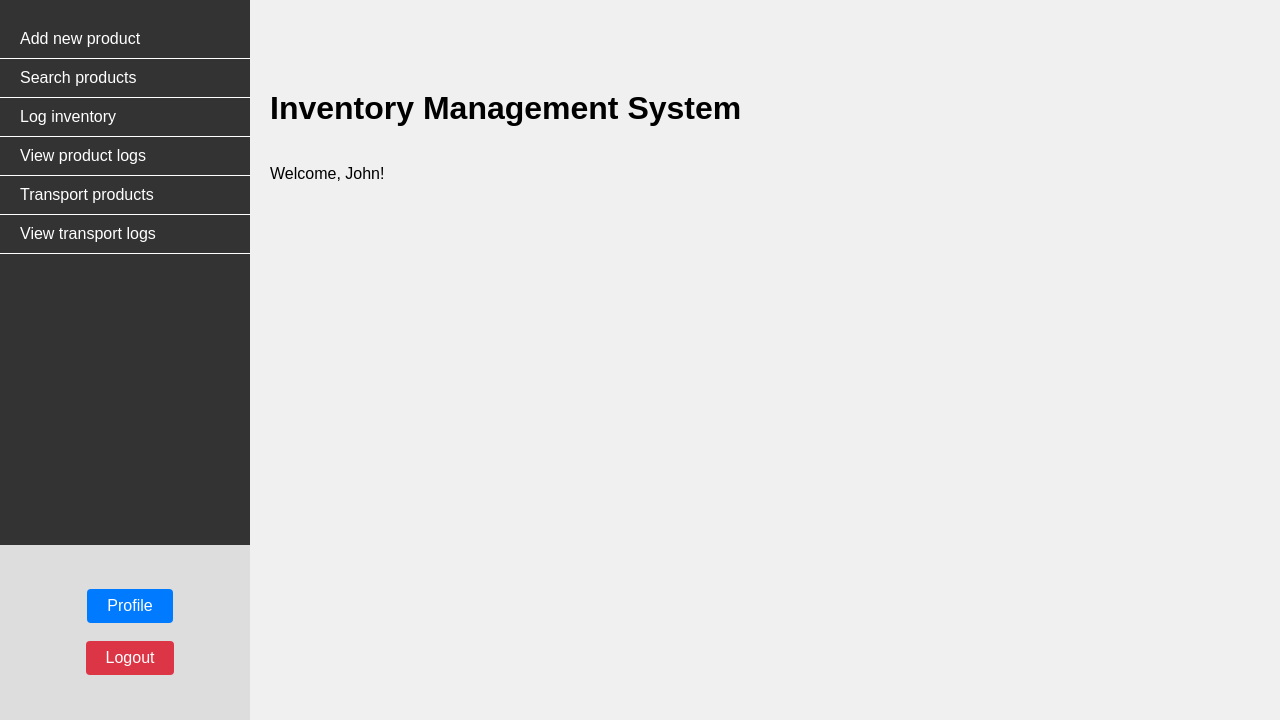
Repository: Warspinix/Flask-Web-Applications
Page: http://localhost/dashboard
These files come from the project's save history. The page is drawn as it stood at one moment and after the next save; the edit follows.
The browser window is 1280 px wide. The pictures show the whole page.
The page is served by the project's application, run on Flask 3 (app.py). The session is filled in as if someone had signed in: {"user_id": 1, "first_name": "John"}.

Above is the page before, as saved 2024-06-13 22:42:40.

### templates/dashboard.html
<!-- dashboard.html -->

<!DOCTYPE html>
<html>

<head>
    <title>Inventory Management System</title>
    <link rel="stylesheet" type="text/css" href="{{ url_for('static', filename='style.css') }}">
</head>

<body>
    <div class="container">
        <!-- Navigation Bar -->
        <nav class="navbar" id="navbar">
            <div class="navbar-container">
                <!-- Functionality list -->
                <ul class="navbar-menu" id="menu">
                    <li><a href="{{ url_for('add_product') }}">Add new product</a></li>
                    <li><a href="{{ url_for('search_products') }}">Search products</a></li>
                    <li><a href="{{ url_for('log_inventory') }}">Log inventory</a></li>
                    <li><a href="{{ url_for('view_product_logs') }}">View product logs</a></li>
                    <li><a href="{{ url_for('transport_products') }}">Transport products</a></li>
                    <li><a href="{{ url_for('view_transport_logs') }}">View transport logs</a></li>
                </ul>

                <div class="profile-logout">
                    <a href="{{ url_for('profile') }}" class="btn btn-primary">Profile</a><br>
                    <a href="{{ url_for('logout') }}" class="btn btn-danger">Logout</a>
                </div>
            </div>
        </nav>
        <div class="content">
            <h1>Inventory Management System</h1>

            <!-- Welcome message -->
            <p>Welcome, {{ first_name }}!</p>
        </div>
    </div>
</body>

</html>

### app.py
from flask import Flask, render_template, redirect, url_for, flash, session
import flask_mysqldb
from flask_wtf import FlaskForm
from wtforms import StringField, PasswordField, SubmitField, IntegerField, SelectField
from wtforms.validators import DataRequired, NumberRange, Optional
import os
import datetime
from flask_bcrypt import Bcrypt

secret_key = os.urandom(24).hex()

app = Flask(__name__)
app.config["SECRET_KEY"] = secret_key
app.config["MYSQL_HOST"] = "localhost"
app.config["MYSQL_USER"] = "root"
app.config["MYSQL_PASSWORD"] = ""
app.config["MYSQL_DB"] = "inventory"

bcrypt = Bcrypt(app)

mysql = flask_mysqldb.MySQL(app)

class RegistrationForm(FlaskForm):
    email = StringField("Email", validators=[DataRequired()])
    first_name = StringField("First Name", validators=[DataRequired()])
    last_name = StringField("Last Name", validators=[DataRequired()])
    password = PasswordField("Password", validators=[DataRequired()])
    submit = SubmitField("Register")

class LoginForm(FlaskForm):
    user_id = StringField("User ID", validators=[DataRequired()])
    password = PasswordField("Password", validators=[DataRequired()])
    submit = SubmitField("Login")

class AddProductForm(FlaskForm):
    product_name = StringField("Product Name", validators=[DataRequired()])
    submit = SubmitField("Add Product")

class SearchForm(FlaskForm):
    search_by = StringField("Search by", validators=[DataRequired()])
    search_term = StringField("Search term", validators=[DataRequired()])
    submit = SubmitField("Search")

class AddToInventoryForm(FlaskForm):
    product_id = StringField("Product ID", validators=[DataRequired()])
    quantity_added = StringField("Quantity to add", validators=[DataRequired()])
    submit = SubmitField("Add to Inventory")

from flask_wtf import FlaskForm
from wtforms import SelectField, StringField, SubmitField
from wtforms.validators import DataRequired, Optional

class ViewProductLogsForm(FlaskForm):
    search_by = SelectField("Search by", choices=[
        ('', 'Select option'),
        ('id', 'Product ID'),
        ('month', 'Month'),
        ('both', 'Both')
    ], validators=[DataRequired()])
    product_id = StringField("Product ID", validators=[Optional()])
    month = SelectField("Select month", choices=[
        ('', 'Select month'),
        ('1', 'January'), ('2', 'February'), ('3', 'March'), ('4', 'April'),
        ('5', 'May'), ('6', 'June'), ('7', 'July'), ('8', 'August'),
        ('9', 'September'), ('10', 'October'), ('11', 'November'), ('12', 'December')
    ], validators=[Optional()])
    submit = SubmitField("View Logs")


class TransportForm(FlaskForm):
    product_id = IntegerField('Product ID', validators=[DataRequired(), NumberRange(min=1)])
    quantity_transported = IntegerField('Quantity to transport', validators=[DataRequired(), NumberRange(min=1)])
    submit = SubmitField('Transport')

class ViewTransportLogsForm(FlaskForm):
    search_by = SelectField("Search by", choices=[('', 'Select option'), ('id', 'Product ID'), ('month', 'Month'), ('both', 'Both')], validators=[DataRequired()])
    product_id = StringField("Product ID", validators=[Optional()])
    month = StringField("Select month", validators=[Optional()])
    submit = SubmitField("View Logs")


@app.route("/")
def index():
    return render_template("index.html")

@app.route("/register", methods=["GET", "POST"])
def register():
    form = RegistrationForm()
    if form.validate_on_submit():
        cur = mysql.connection.cursor()
        cur.execute("SELECT COUNT(*) FROM users")
        count = cur.fetchone()[0] + 1
        user_id = str(datetime.date.today().year) + str(count).zfill(3)
        registration_date = datetime.date.today()
        registration_time = datetime.datetime.now().time()
        hashed_password = bcrypt.generate_password_hash(form.password.data).decode('utf-8')
        cur.execute("INSERT INTO users (id, email, first_name, last_name, password, registration_date, registration_time) VALUES (%s, %s, %s, %s, %s, %s, %s)",
                    (user_id, form.email.data, form.first_name.data, form.last_name.data, hashed_password, registration_date, registration_time))
        mysql.connection.commit()
        # flash("Registration successful! You will be redirected to the home page in 3 seconds.")
        # return render_template("register_success.html")
        return redirect(url_for("index"))
    return render_template("register.html", form=form)

@app.route("/login", methods=["GET", "POST"])
def login():
    form = LoginForm()
    if form.validate_on_submit():
        cur = mysql.connection.cursor()
        print(form.user_id.data)
        print(form.password.data)
        cur.execute("SELECT password, first_name FROM users WHERE email = %s", (form.user_id.data,))
        result = cur.fetchone()
        print(result)
        if result:
            hashed_password = result[0]
            if bcrypt.check_password_hash(hashed_password, form.password.data):
                session['user_id'] = form.user_id.data
                session['first_name'] = result[1]  # Store first name in session
                return redirect(url_for("dashboard"))
            else:
                flash("Invalid user ID or password")
        else:
            flash("Invalid user ID or password")
    return render_template("login.html", form=form)

@app.route("/logout")
def logout():
    session.pop('user_id', None)
    session.pop('first_name', None)
    return redirect(url_for("index"))

@app.route("/dashboard")
def dashboard():
    if 'user_id' not in session:
        return redirect(url_for("login"))
    return render_template("dashboard.html", user_id=session['user_id'], first_name=session['first_name'])

@app.route("/profile")
def profile():
    if 'user_id' not in session:
        return redirect(url_for("login"))
    cur = mysql.connection.cursor()
    cur.execute("SELECT email, first_name, last_name, registration_date FROM users WHERE id = %s", (session['user_id'],))
    result = cur.fetchone()
    if result:
        return render_template("profile.html", email=result[0], first_name=result[1], last_name=result[2], registration_date=result[3])
    else:
        flash("User not found")
        return redirect(url_for("dashboard"))

@app.route("/add_product", methods=["GET", "POST"])
def add_product():
    if 'user_id' not in session:
        return redirect(url_for("login"))
    form = AddProductForm()
    if form.validate_on_submit():
        cur = mysql.connection.cursor()
        cur.execute("INSERT INTO products (name, quantity) VALUES (%s, %s)",
                    (form.product_name.data, 0))
        mysql.connection.commit()
        cur.execute("SELECT id FROM products ORDER BY id DESC LIMIT 1")
        product_id = cur.fetchone()[0]
        flash("Product added successfully! Product ID is " + str(product_id))
    return render_template("add_product.html", form=form, user_id=session['user_id'], first_name=session['first_name'])

@app.route("/search_products", methods=["GET", "POST"])
def search_products():
    if 'user_id' not in session:
        return redirect(url_for("login"))
    form = SearchForm()
    if form.validate_on_submit():
        cur = mysql.connection.cursor()
        if form.search_by.data == "id":
            cur.execute("SELECT * FROM products WHERE id = %s", (form.search_term.data,))
        else:
            cur.execute("SELECT * FROM products WHERE name LIKE %s", ("%" + form.search_term.data + "%",))
        products = cur.fetchall()
        return render_template("search_products.html", form=form, products=products, user_id=session['user_id'], first_name=session['first_name'])
    return render_template("search_products.html", form=form, user_id=session['user_id'], first_name=session['first_name'])

@app.route("/log_inventory", methods=["GET", "POST"])
def log_inventory():
    if 'user_id' not in session:
        return redirect(url_for("login"))
    form = AddToInventoryForm()
    if form.validate_on_submit():
        cur = mysql.connection.cursor()
        cur.execute("SELECT quantity FROM products WHERE id = %s", (form.product_id.data,))
        result = cur.fetchone()
        if result:
            new_quantity = result[0] + int(form.quantity_added.data)
            cur.execute("UPDATE products SET quantity = %s WHERE id = %s", (new_quantity, form.product_id.data))
            mysql.connection.commit()
            cur.execute("INSERT INTO products_log (product_id, quantity_added, log_date, log_time, user_id) VALUES (%s, %s, %s, %s, %s)",
                        (form.product_id.data, form.quantity_added.data, datetime.date.today(), datetime.datetime.now().time(), session['user_id']))
            mysql.connection.commit()
            flash("Inventory updated successfully!")
        else:
            flash("Product not found")
    return render_template("log_inventory.html", form=form, user_id=session['user_id'], first_name=session['first_name'])

@app.route("/view_product_logs", methods=["GET", "POST"])
def view_product_logs():
    if 'user_id' not in session:
        return redirect(url_for("login"))

    form = ViewProductLogsForm()
    product_logs = None

    if form.validate_on_submit():
        search_by = form.search_by.data
        product_id = form.product_id.data
        month = form.month.data

        query = """SELECT pl.product_id, p.name, pl.quantity_added, pl.log_date, pl.log_time,
                          CONCAT(u.first_name, ' ', u.last_name) AS full_name
                   FROM products_log pl
                   JOIN products p ON pl.product_id = p.id
                   JOIN users u ON pl.user_id = u.id"""
        conditions = []
        params = []

        if search_by == 'id':
            conditions.append("pl.product_id = %s")
            params.append(product_id)
        elif search_by == 'month':
            conditions.append("MONTH(pl.log_date) = %s")
            params.append(month)
        elif search_by == 'both':
            conditions.append("pl.product_id = %s AND MONTH(pl.log_date) = %s")
            params.append(product_id)
            params.append(month)

        if conditions:
            query += " WHERE " + " AND ".join(conditions)

        cur = mysql.connection.cursor()
        cur.execute(query, tuple(params))
        product_logs = cur.fetchall()

    return render_template("view_product_logs.html", form=form, product_logs=product_logs, user_id=session['user_id'], first_name=session['first_name'])

@app.route("/transport_products", methods=["GET", "POST"])
def transport_products():
    if 'user_id' not in session:
        return redirect(url_for("login"))
    form = TransportForm()
    if form.validate_on_submit():
        cur = mysql.connection.cursor()
        cur.execute("SELECT quantity FROM products WHERE id = %s", (form.product_id.data,))
        result = cur.fetchone()
        if result:
            current_quantity = result[0]
            if current_quantity >= form.quantity_transported.data:
                new_quantity = current_quantity - form.quantity_transported.data
                cur.execute("UPDATE products SET quantity = %s WHERE id = %s", (new_quantity, form.product_id.data))
                mysql.connection.commit()
                cur.execute("INSERT INTO transports_log (product_id, user_id, quantity_transported, log_date, log_time) VALUES (%s, %s, %s, %s, %s)",
                            (form.product_id.data, session['user_id'], form.quantity_transported.data, datetime.date.today(), datetime.datetime.now().time()))
                mysql.connection.commit()
                flash("Product transported successfully!")
            else:
                flash("Not enough quantity in stock")
        else:
            flash("Product not found")
    return render_template("transport_products.html", form=form, user_id=session['user_id'], first_name=session['first_name'])

@app.route("/view_transport_logs", methods=["GET", "POST"])
def view_transport_logs():
    if 'user_id' not in session:
        return redirect(url_for("login"))
    form = ViewTransportLogsForm()
    transport_logs = None
    if form.validate_on_submit():
        search_by = form.search_by.data
        product_id = form.product_id.data
        month = form.month.data

        query = """SELECT tl.id, tl.product_id, p.name, tl.quantity_transported, tl.log_date, tl.log_time,
                          CONCAT(u.first_name, ' ', u.last_name) AS full_name
                   FROM transports_log tl
                   JOIN products p ON tl.product_id = p.id
                   JOIN users u ON tl.user_id = u.id"""
        params = []

        if search_by == 'id':
            query += " WHERE tl.product_id = %s"
            params.append(product_id)
        elif search_by == 'month':
            query += " WHERE MONTH(tl.log_date) = %s"
            params.append(month)
        elif search_by == 'both':
            query += " WHERE tl.product_id = %s AND MONTH(tl.log_date) = %s"
            params.append(product_id)
            params.append(month)

        cur = mysql.connection.cursor()
        cur.execute(query, tuple(params))
        transport_logs = cur.fetchall()

    return render_template("view_transport_logs.html", form=form, transport_logs=transport_logs, user_id=session['user_id'], first_name=session['first_name'])

if __name__ == "__main__":
    app.run(debug=True)

### static/style.css
/* Reset default styles */
* {
    margin: 0;
    padding: 0;
    box-sizing: border-box;
}

body {
    font-family: Arial, sans-serif;
    background-color: #f0f0f0;
    display: flex;
    flex-direction: column;
    min-height: 100vh;
}

h1 {
    padding-bottom: 1.2em;
}

/* Navigation Bar styles */
.navbar {
    background-color: #333;
    color: #fff;
    position: fixed;
    width: 250px; /* Set the width */
    height: 100%;
    top: 0;
    left: 0;
    z-index: 1000;
    transition: all 0.3s ease;
}

.navbar-container {
    display: flex;
    flex-direction: column;
    height: 100%;
}

.navbar-header {
    display: flex;
    align-items: center;
    justify-content: space-between; /* Adjust spacing */
    margin-bottom: 20px; /* Adjust spacing */
}

.navbar-brand {
    color: #fff;
    text-decoration: none;
    font-size: 1.5rem;
    margin-left: 10px;
}

.navbar-menu {
    list-style-type: none;
    display: flex;
    height: 75svh;
    /* padding: 10px 20px; */
    flex-direction: column;
    margin-top: 20px; /* Push menu items to the bottom */
}

.navbar-menu li a {
    color: #fff;
    text-decoration: none;
}

.navbar-menu li {
    margin-right: 0;
    padding: 10px 20px;
    border-bottom: 1px solid white;
    transition: color 0.3s ease;
}

.navbar-menu li:hover {
    background-color: #007bff;
}

/* Profile and logout buttons */
.profile-logout {
    display: flex;
    flex-direction: column;
    background-color: #ddd;
    align-items: center;
    justify-content: center;
    text-align: right;
    padding: 10px 40px;
    height: 25svh;
}

.profile-logout a {
    color: #fff;
    text-decoration: none;
    padding: 8px 20px;
    border-radius: 4px;
    margin-left: 10px;
    transition: background-color 0.3s ease;
}

.profile-logout a.btn {
    color: #fff;
    text-decoration: none;
    padding: 8px 20px;
    border-radius: 4px;
    transition: background-color 0.3s ease;
}

.profile-logout a.btn-primary {
    background-color: #007bff;
}

.profile-logout a.btn-primary:hover {
    background-color: #0056b3;
}

.profile-logout a.btn-danger {
    background-color: #dc3545;
}

.profile-logout a.btn-danger:hover {
    background-color: #333;
}


/* Menu toggle button */
.menu-toggle {
    background: none;
    border: none;
    cursor: pointer;
    display: none;
    padding: 5px;
    position: absolute;
    top: 10px;
    right: 10px;
    z-index: 1500;
}

.menu-toggle span {
    background-color: #fff;
    display: block;
    height: 2px;
    margin-bottom: 4px;
    transition: transform 0.2s ease, background-color 0.2s ease;
    width: 20px;
}

.menu-toggle span:nth-child(1) {
    transform: translateY(6px) rotate(45deg);
}

.menu-toggle span:nth-child(2) {
    opacity: 0;
}

.menu-toggle span:nth-child(3) {
    transform: translateY(-6px) rotate(-45deg);
}

@media screen and (max-width: 768px) {
    .navbar {
        width: 250px;
        transform: translateX(-100%);
        transition: transform 0.3s ease;
    }

    .navbar.active {
        transform: translateX(0);
    }

    .navbar-container {
        flex-direction: row;
    }

    .navbar-header {
        margin-bottom: 20px; /* Adjust spacing */
        width: 100%;
        display: flex;
        justify-content: space-between;
    }

    .navbar-brand {
        margin-bottom: 0; /* Adjust spacing */
    }

    .navbar-menu {
        flex-direction: column;
        margin-top: 0;
        width: 100%;
    }

    .navbar-menu.active {
        flex-direction: column;
    }

    .menu-toggle {
        display: block;
    }

    .profile-logout a {
        margin-left: 10px;
        margin-bottom: 0;
    }
}

/* Side Navigation for small screens */
.side-nav {
    position: fixed;
    top: 0;
    left: -250px;
    width: 250px;
    height: 100%;
    background-color: #333;
    transition: all 0.3s ease;
    z-index: 1200;
}

.side-nav.active {
    left: 0;
}

.side-nav ul {
    list-style-type: none;
    padding: 0;
    margin: 20px 0;
}

.side-nav ul li {
    padding: 10px;
    border-bottom: 1px solid #666;
}

.side-nav ul li a {
    color: #fff;
    text-decoration: none;
    display: block;
    transition: all 0.3s ease;
}

.side-nav ul li a:hover {
    background-color: #007bff;
}

/* Content area */
.content {
    margin-left: 250px; /* Width of the side nav */
    margin-top: 70px;
    padding: 20px;
    flex: 1;
}

/* Form styles */
form {
    background-color: #fff;
    padding: 20px;
    border-radius: 8px;
    box-shadow: 0 4px 6px rgba(0, 0, 0, 0.1);
}

form label {
    font-weight: bold;
}

form input[type="number"],
form select {
    padding: 8px;
    margin-top: 5px;
    width: 100%;
    border: 1px solid #ccc;
    border-radius: 4px;
}

form input[type="submit"] {
    background-color: #007bff;
    color: #fff;
    border: none;
    padding: 10px 20px;
    cursor: pointer;
    margin-top: 10px;
    border-radius: 4px;
    transition: background-color 0.3s ease;
}

form input[type="submit"]:hover {
    background-color: #0056b3;
}

/* Table styles */
table {
    width: 100%;
    margin-top: 20px;
    border-collapse: collapse;
    border-radius: 8px;
    overflow: hidden;
    box-shadow: 0 4px 6px rgba(0, 0, 0, 0.1);
}

table th, table td {
    padding: 12px 15px;
    text-align: left;
    border-bottom: 1px solid #ddd;
}

table th {
    background-color: #007bff;
    color: #fff;
}

After the next save:
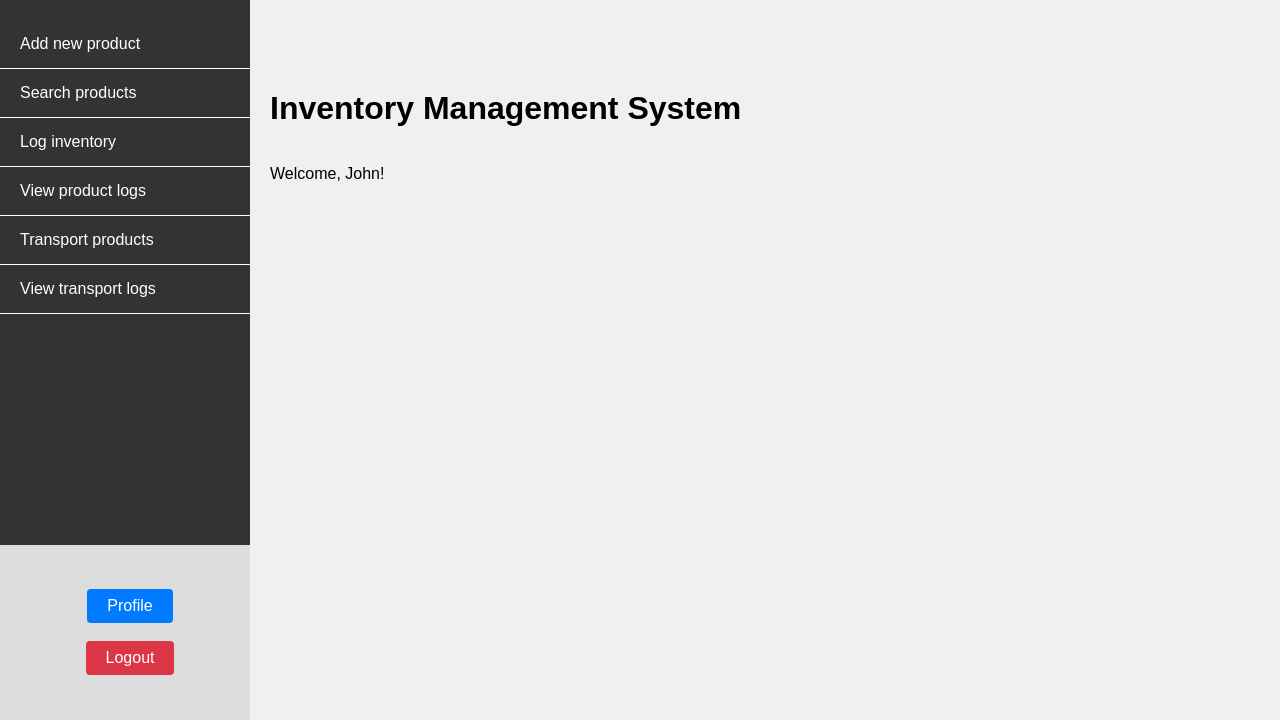
Saved 13 s later.
--- a/static/style.css
+++ b/static/style.css
@@ -66,7 +66,7 @@ h1 {
 
 .navbar-menu li {
     margin-right: 0;
-    padding: 10px 20px;
+    padding: 15px 20px;
     border-bottom: 1px solid white;
     transition: color 0.3s ease;
 }
